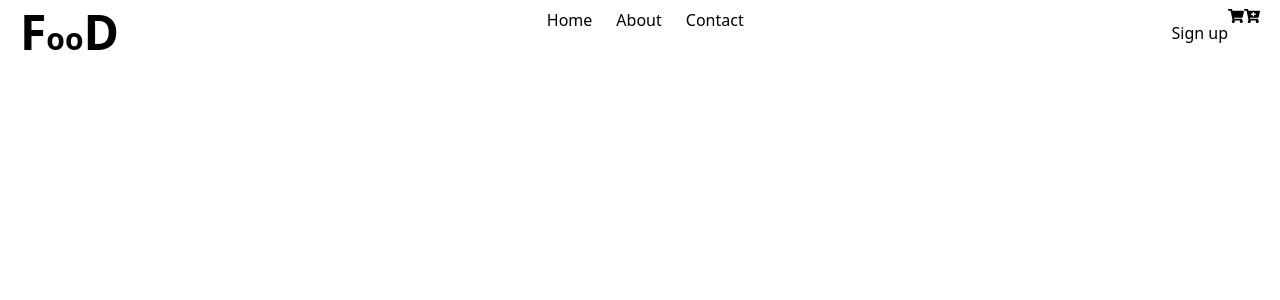
Repository: KhushiCode14/FoodWeb
Page: /
The author's editor kept a copy of each file at every save. The page is drawn from the files as they stood at one save, then again after the next save.
The browser window is 1280 px wide. The pictures show the whole page.
The project was rebuilt for these pictures with package versions that can differ from the ones it lists, and the page was loaded fresh each time. Also part of the build but not shown: src/App.css.

Above is the page before, as saved 2024-09-18 21:04:06.

After the next save:
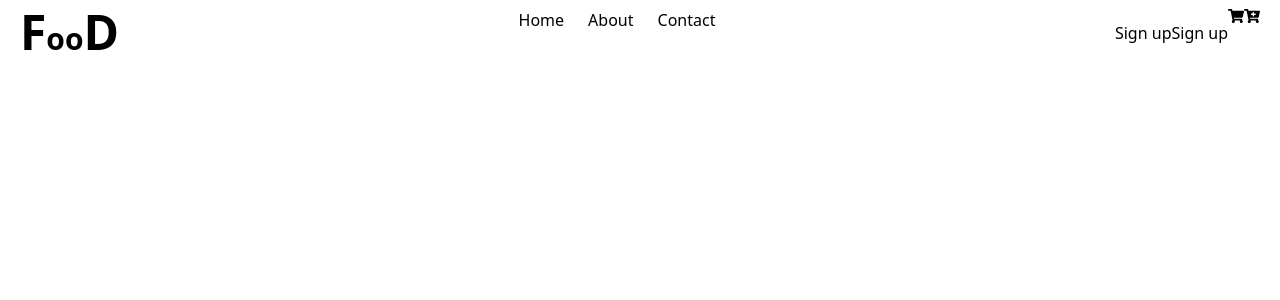
Saved 30 s later.
--- a/src/Pages/Navbar.tsx
+++ b/src/Pages/Navbar.tsx
@@ -27,7 +27,8 @@ const Navbar: React.FC = () => {
         }
       </div>
       <div className="flex justify-center">
-        <button><NavLink to="/about">Sign up</NavLink></button>
+        <button><NavLink to="/signUp">Sign up</NavLink></button>
+        <button><NavLink to="/signIn">Sign up</NavLink></button>
       <div >
       <FaShoppingCart />  </div>
 
